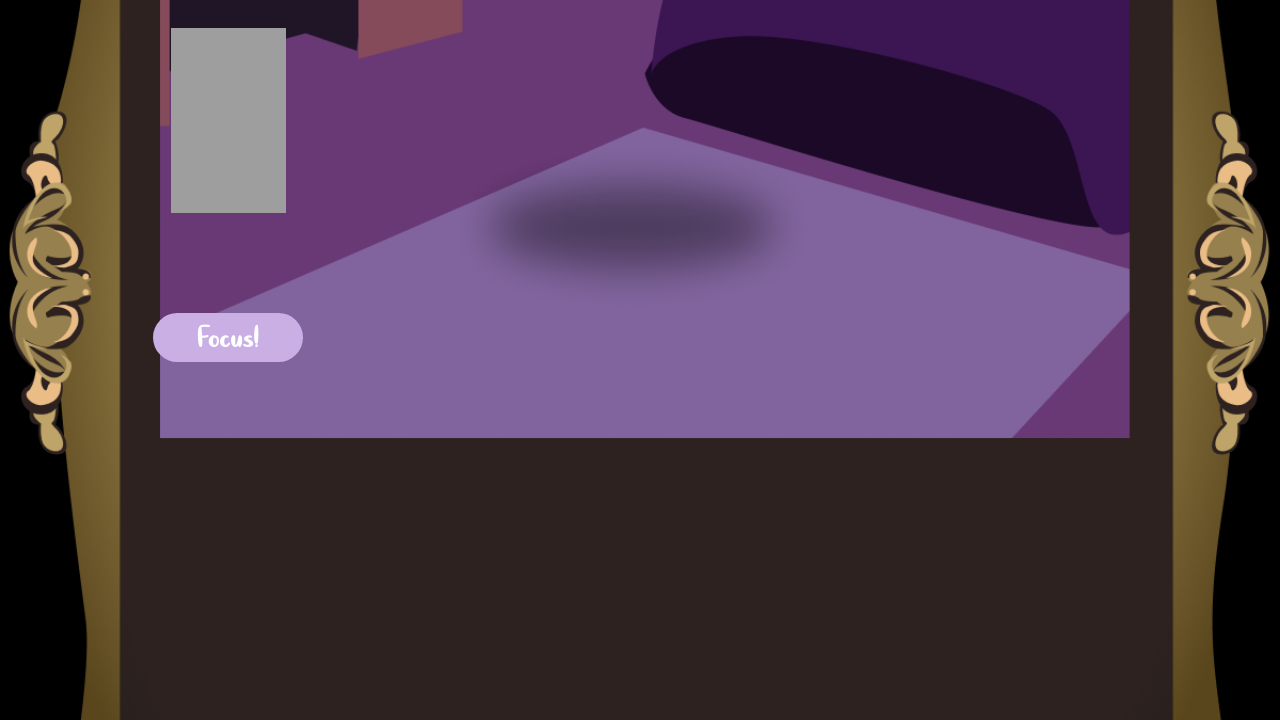
Repository: zhangolivia7/Little-Witch-Alcove
Page: popup.html
These files come from the project's save history. The page is drawn as it stood at one moment and after the next save; the edit follows.
The browser window is 1280 px wide. The pictures show the whole page.
Pictures or frames that could not be fetched are drawn as grey boxes.

Above is the page before, as saved 2025-11-15 16:23:31.

After the next save:
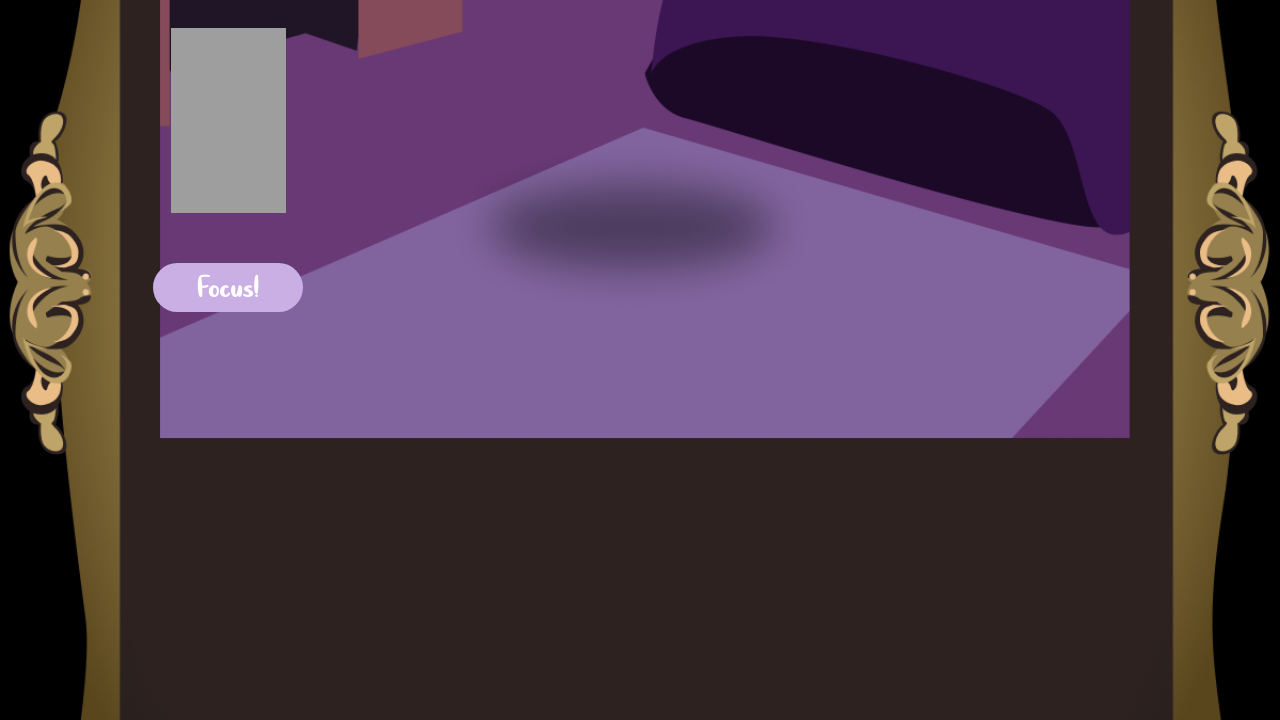
Saved 9 s later.
--- a/popup.css
+++ b/popup.css
@@ -22,7 +22,7 @@ body {
 
   #focus-btn {
     width: 150px;
-    margin: 100px auto 0 auto;
+    margin: 50px auto 0 auto;
     padding: 10px 5px 5px 5px;
     border-radius: 25px;
     background: #CAAFE5;
